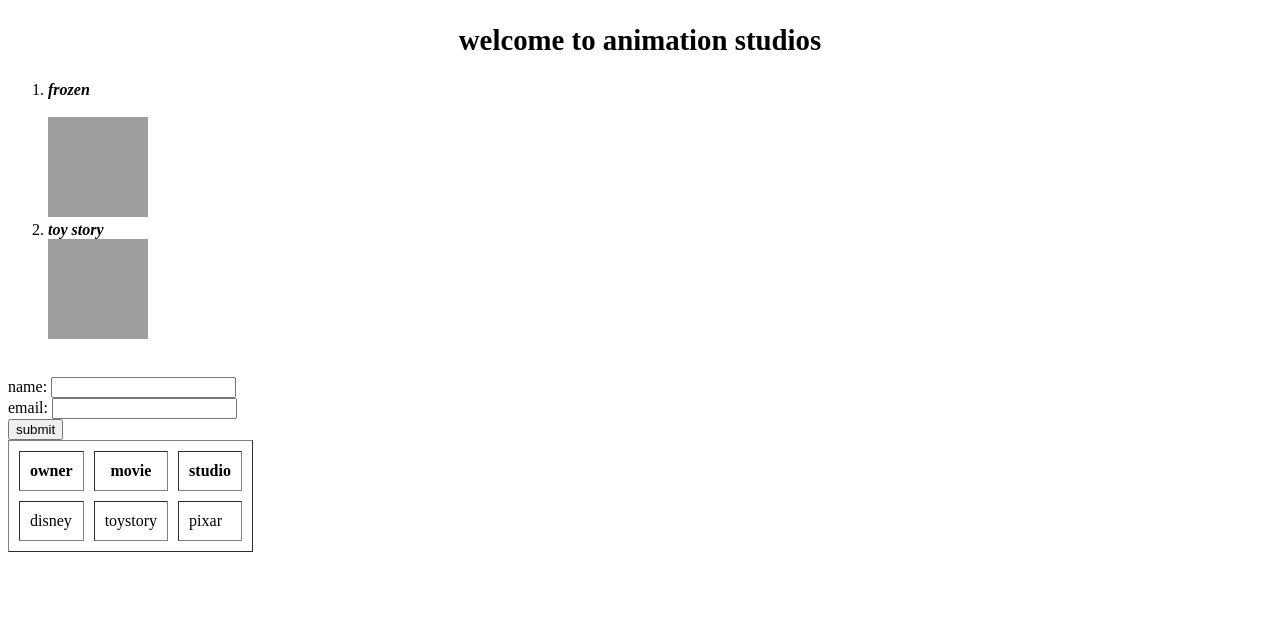
Repository: Rock-ass/New-folder--2-
Page: index.html
An editor plug-in stored every save of this project. The page is shown before and after a run of saves, followed by the edit.
The browser window is 1280 px wide. The pictures show the whole page.
Pictures or frames that could not be fetched are drawn as grey boxes.

Above is the page before, as saved 2021-12-24 21:44:52.

After the next 4 saves:
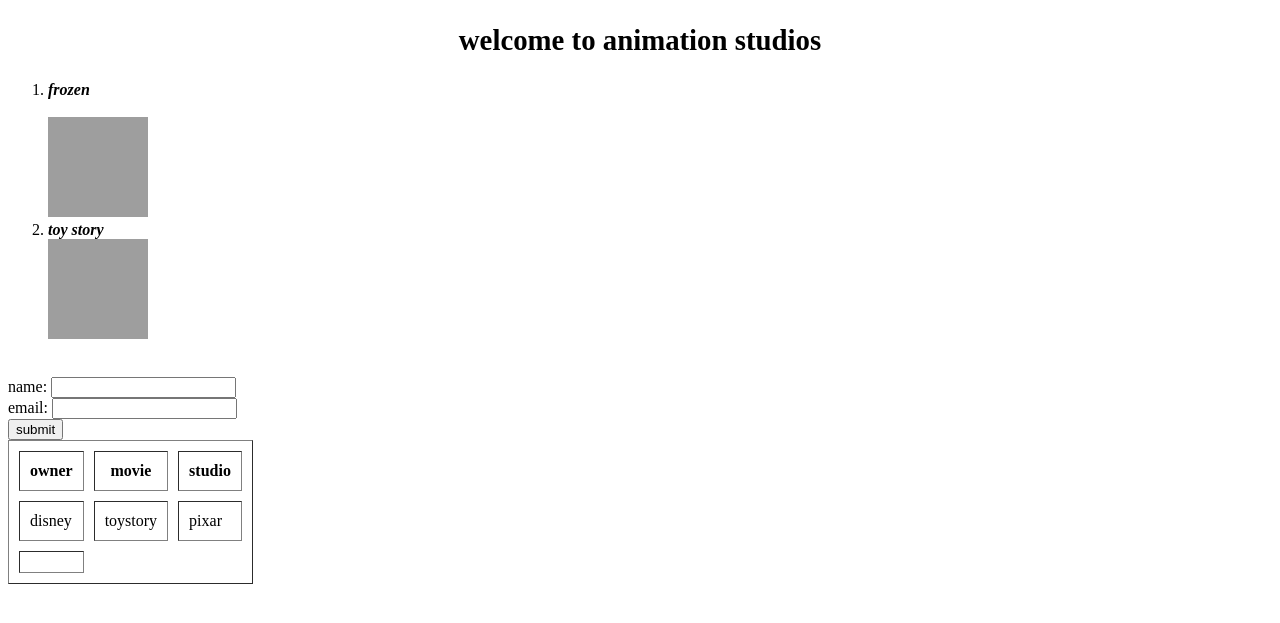
The 4 saves are shown as one change because they came seconds apart.
The last was saved 20 s later.
--- a/index.html
+++ b/index.html
@@ -88,7 +88,11 @@
 
 
 </tr>
+<tr>
+<td></td>
 
+
+</tr>
 
 
 
